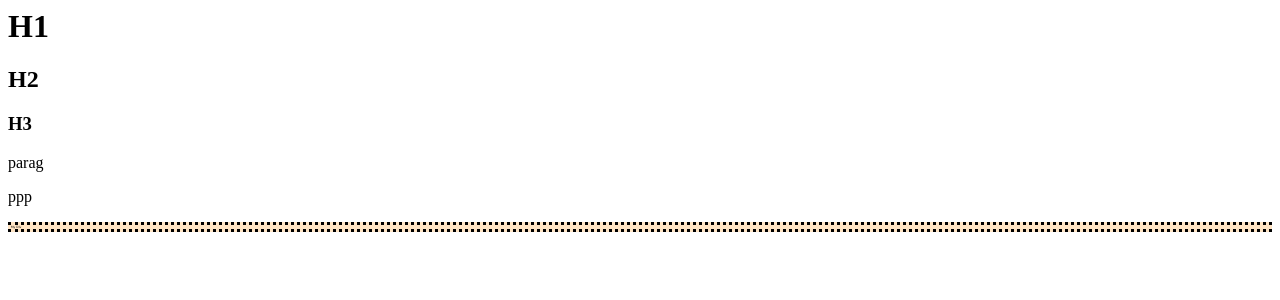
Repository: riteshdeepikaparthmisha/dummy-page
Page: index.html
These files come from the project's save history. The page is drawn as it stood at one moment and after the next save; the edit follows.
The browser window is 1280 px wide. The pictures show the whole page.

Above is the page before, as saved 2019-05-28 15:15:58.

### index.html
<html>
    <head>
        <title>Index</title>
        <link rel="stylesheet" href="index.css" />



    </head>
    <body>
            <h1>
                    H1
                </h1>
                <h2>
                        H2
                </h2>
                <h3>
                        H3
               </h3>
        <p>parag</p>
        <p>ppp</p>
        <script type="text/javascript" src="index.js" >

        </script>

        <div class="lbl">My Div</div>
    </body>

</html>

### index.css
.lbl
{
    font-family: Verdana, Geneva, Tahoma, sans-serif;
    font-size: 3px;
    background-color: bisque;
    border-style: dotted;
}

### index.js
let firstName="Ritesh";
let lastName ="Parekh";

let fullName ={firstName,lastName};
console.log(fullName);


let setAddress =(id,...userAddress)=>{
    console.log(userAddress);
}

let address1="Jaipur"
let address2="Ahmedabad"
let id=1;
setAddress(id,address1,address2)


let AddNumbers =(x,y,z)=> {
    console.log("x is: "+x);
    console.log("y is: "+y);
    console.log("z is: "+z);
}
let myNumbers =[1,2,3]
AddNumbers(myNumbers);


let cityName="Pune";
console.log(cityName);

let cityName1="Ahmedabad"
let stateName="Gujarat";

let fAddress = `${cityName1},${stateName}`;
console.log(fAddress);

After the next save:
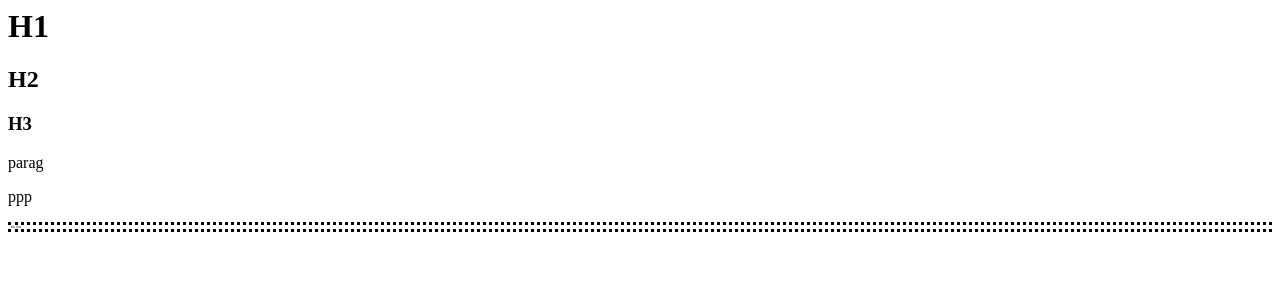
Saved 33 s later.
--- a/index.css
+++ b/index.css
@@ -2,6 +2,6 @@
 {
     font-family: Verdana, Geneva, Tahoma, sans-serif;
     font-size: 3px;
-    background-color: bisque;
+
     border-style: dotted;
 }
